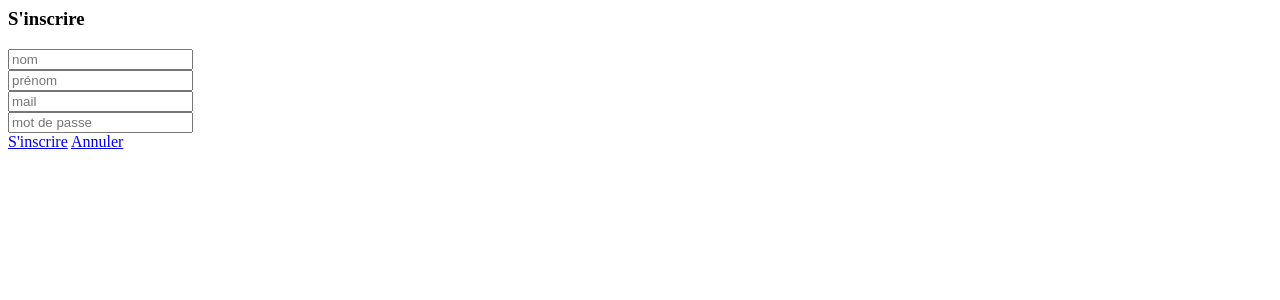
Repository: mitantsoa1/site_test
Page: http://localhost/Views/formInscription.php
The author's editor kept a copy of each file at every save. The page is drawn from the files as they stood at one save, then again after the next save.
The browser window is 1280 px wide. The pictures show the whole page.
The page is run by PHP 8.4 with error messages shown; the project is at /var/www/html/.

Above is the page before, as saved 2021-02-10 14:37:43.
Console error: ReferenceError: $ is not defined

### Views/formInscription.php

    <form id="form-inscription">
        <!-- Titre colonne -->
        <h3 class="text-center">S'inscrire</h3>
        <!-- Titre colone -->
        <!-- <div class="form-group">
            <input type="text" id="nom" class="form-control" placeholder="pseudo">
        </div> -->
        <input type="hidden" id="id">
        <div class="form-group">

            <input type="text" id="nom" class="form-control obligatoire " placeholder="nom">
        </div>
        <div class="form-group">

            <input type="text" id="prenom" class="form-control obligatoire" placeholder="prénom">
        </div>

        <div class="form-group">

            <input type="text" id="mail" class="form-control obligatoire" placeholder="mail">
        </div>
        <div class="form-group">

            <input type="password" id="pass" class="form-control obligatoire" placeholder="mot de passe">
        </div>
        <div class="text-center">
            <a href="#" class="btn btn-primary" id="btn_inscrire">S'inscrire</a>
            <a href="connecter" class="btn btn-success" id="btn_annuler">Annuler</a>
        </div>

    </form>
   <script>
    $('#btn_inscrire').on('click', function() {

    var d = new data_form("form-inscription");
    if (d.verify() == true) {
        d.sendInfo("Connexion/register", function(data) {
            if (data.trim() == '\"ok\"') {
                Swal.fire({
                    position: "center",
                    icon: "success",
                    title: "succes!",
                });
                $('#form-inscription')[0].reset();
                window.location.href = "accueil";

                // $.ajax({
                //     url: "Loadpage/accueil",
                //     type: 'post',
                //     data: "data=rien",
                //     datatype: 'json',
                //     success: function(data) {
                //         $('.formIndexview').html(data);
                //     },
                //     error: function() {

                //         Swal.fire({
                //             position: 'center',
                //             icon: 'warning',
                //             title: 'Erreur de connexion au serveur !',
                //             showConfirmButton: false,
                //             timer: 1600
                //         })
                //     }
                // });
            } else if (data.trim() == "Mail existe") {
                Swal.fire({
                    position: "center",
                    icon: "warning",
                    title: "Mail existe!"
                });
            } else {
                Swal.fire({
                    position: "center",
                    icon: "error",
                    title: "Erreur de connexion au serveur!"
                });
            }
        });
    } else {
        Swal.fire({
            position: "center",
            icon: "warning",
            title: "Veillez remplir tous les champs!"
        });
    }
})
   </script>

After the next save:
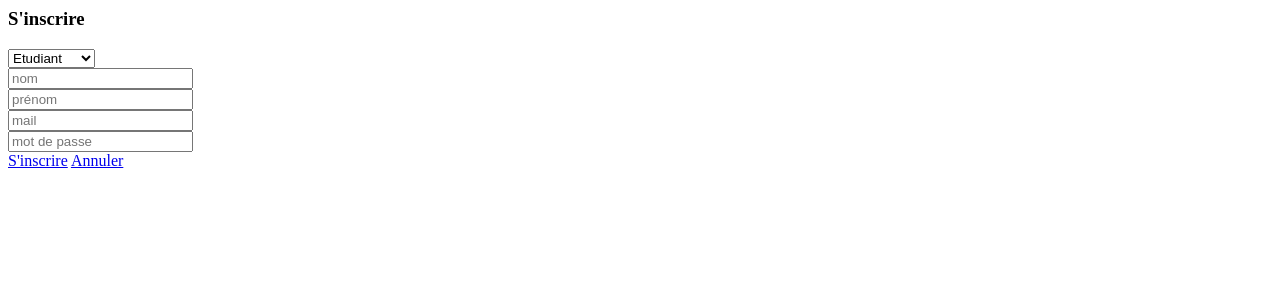
Saved 31 s later.
--- a/Views/formInscription.php
+++ b/Views/formInscription.php
@@ -7,6 +7,12 @@
             <input type="text" id="nom" class="form-control" placeholder="pseudo">
         </div> -->
         <input type="hidden" id="id">
+        <div class="form-group">
+            <select name="" id="select" class="form-control">
+                <option value="0" selected>Etudiant</option>
+                <option value="1">Professeur</option>
+            </select>
+        </div>
         <div class="form-group">
 
             <input type="text" id="nom" class="form-control obligatoire " placeholder="nom">
